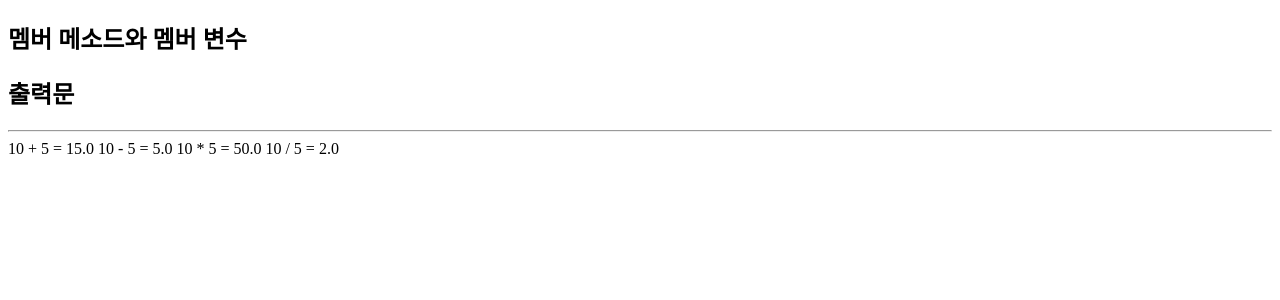
Repository: hyeongu135-ui/Jsp2026
Page: http://localhost/chapter01/test04.jsp
An editor plug-in stored every save of this project. The page is shown before and after the next save, followed by the edit.
The browser window is 1280 px wide. The pictures show the whole page.
The page is served by Tomcat 9.

Above is the page before, as saved 2026-10-16 03:04:20.

### chapter01/src/main/webapp/test04.jsp
<%@ page language="java" contentType="text/html; charset=UTF-8"
	pageEncoding="UTF-8" import="java.util.*"%>
<!DOCTYPE html>
<html>
<head>
<meta charset="UTF-8">
<title>Insert title here</title>
</head>
<body>
	<!-- 선언문 작성하는 방법 -->
	<!-- 선언문을 통해 작성한 메소드, 변수는 멤버메소드, 멤버변수가 된다, -->
	<%!public void inCremment() {
	};%>
	<!-- 아래 선언문은 전역변수 또는 멤버변수이다. -->
	<%!int i = 1;%>
	<!-- 아래 스크립트릿은 지역변수가 된다 -->
	<%
	int i = 12;
	%>
	<h2>멤버 메소드와 멤버 변수</h2>
	<%!
		String str = "선언 예제";
		/* 연산자 처리 메소드 생성 */
		public double cal(double num1, double num2, String op){
			double result = 0.0;
			if(op.equals("+")){
				result = num1 + num2;
			}else if(op.equals("-")){
				result = num1 - num2;
			}else if(op.equals("*")){
				result = num1 * num2;
			}else if(op.equals("/")){
				result = num1 / num2;

			}
			return result;
		}

	%>
	<h2>출력문</h2>
	<hr>
	10 + 5 = <%= cal(10,5,"+") %>
	10 - 5 = <%= cal(10,5,"-") %>
	10 * 5 = <%= cal(10,5,"*") %>
	10 / 5 = <%= cal(10,5,"/") %>
</body>
</html>

After the next save:
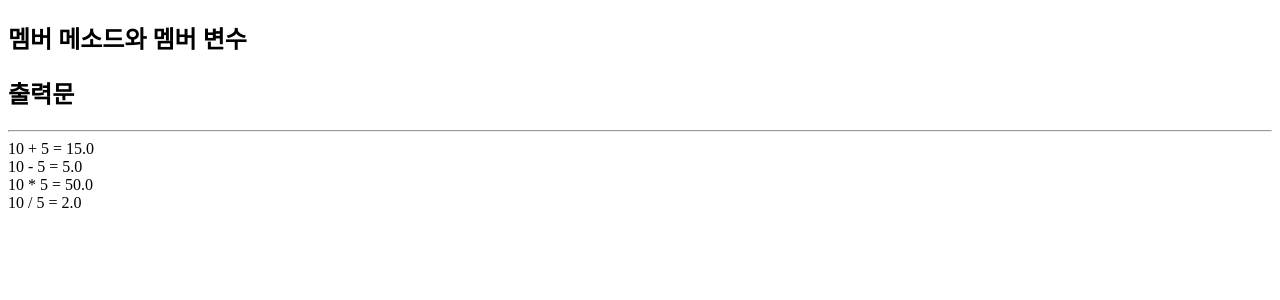
Saved 10 s later.
--- a/chapter01/src/main/webapp/test04.jsp
+++ b/chapter01/src/main/webapp/test04.jsp
@@ -39,9 +39,9 @@
 	%>
 	<h2>출력문</h2>
 	<hr>
-	10 + 5 = <%= cal(10,5,"+") %>
-	10 - 5 = <%= cal(10,5,"-") %>
-	10 * 5 = <%= cal(10,5,"*") %>
+	10 + 5 = <%= cal(10,5,"+") %><br>
+	10 - 5 = <%= cal(10,5,"-") %><br>
+	10 * 5 = <%= cal(10,5,"*") %><br>
 	10 / 5 = <%= cal(10,5,"/") %>
 </body>
 </html>
